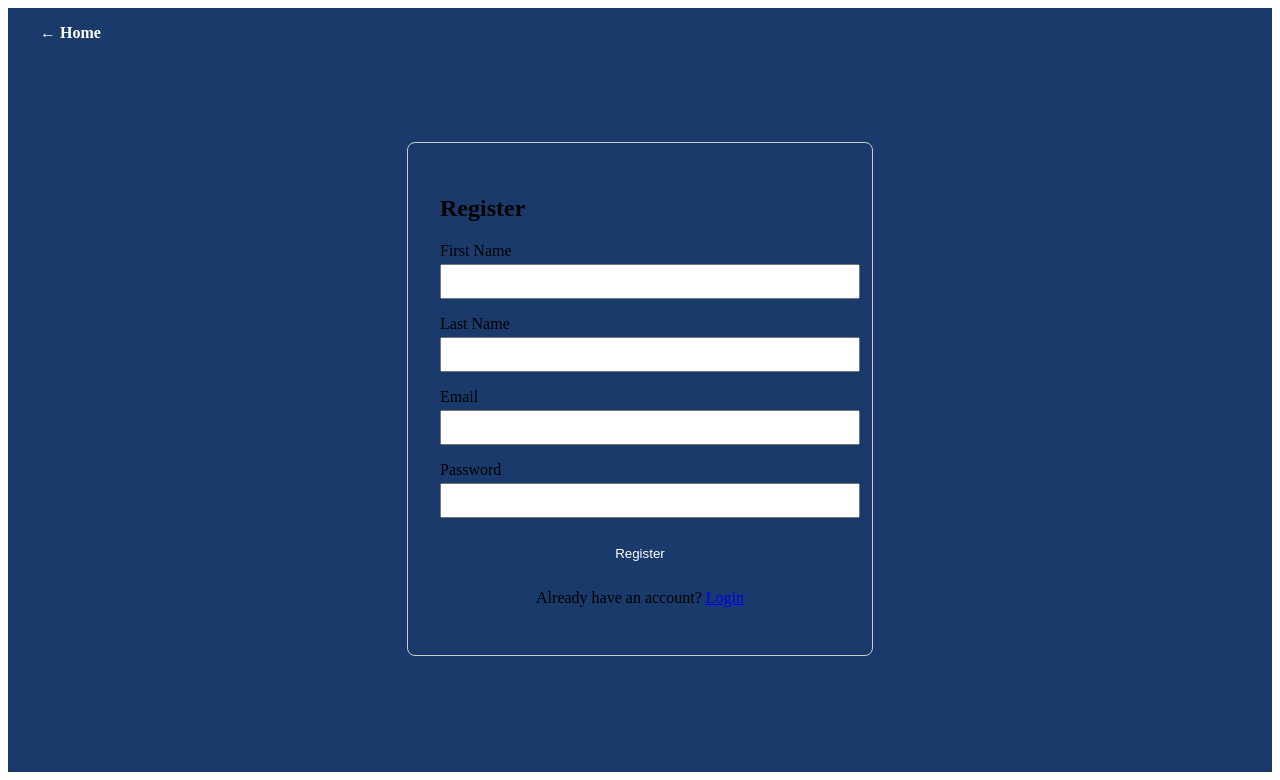
Repository: Bogo02/PhysioApp
Page: /register (app in physioapp-frontend/)
The author's editor kept a copy of each file at every save. The page is drawn from the files as they stood at one save, then again after the next save.
The browser window is 1280 px wide. The pictures show the whole page.
The project was rebuilt for these pictures with package versions that can differ from the ones it lists, and the page was loaded fresh each time. Also part of the build but not shown: physioapp-frontend/vite.config.js, physioapp-frontend/src/index.css, physioapp-frontend/src/pages/Home.jsx, physioapp-frontend/src/pages/Login.jsx, physioapp-frontend/src/pages/Dashboard.jsx, physioapp-frontend/src/pages/Appointments.jsx, physioapp-frontend/src/pages/BookAppointment.jsx, physioapp-frontend/src/pages/Profile.jsx and 3 more.

Above is the page before, as saved 2026-06-04 02:43:37.

### physioapp-frontend/index.html
<!doctype html>
<html lang="en">
  <head>
    <meta charset="UTF-8" />
    <link rel="icon" type="image/svg+xml" href="/favicon.svg" />
    <meta name="viewport" content="width=device-width, initial-scale=1.0" />
    <title>physioapp-frontend</title>
  </head>
  <body>
    <div id="root"></div>
    <script type="module" src="/src/main.jsx"></script>
  </body>
</html>

### physioapp-frontend/src/main.jsx
import { StrictMode } from 'react'
import { createRoot } from 'react-dom/client'
import './index.css'
import App from './App.jsx'

createRoot(document.getElementById('root')).render(
  <StrictMode>
    <App />
  </StrictMode>
)

### physioapp-frontend/src/App.jsx
import { BrowserRouter, Routes, Route } from 'react-router-dom'
import Home from './pages/Home'
import Login from './pages/Login'
import Register from './pages/Register'
import Dashboard from './pages/Dashboard'
import Appointments from './pages/Appointments'
import BookAppointment from './pages/BookAppointment'
import Profile from './pages/Profile'
import Services from './pages/Services'
import TherapistDashboard from './pages/TherapistDashboard'
import AdminPanel from './pages/AdminPanel'

function App() {
  return (
    <BrowserRouter>
      <Routes>
        <Route path="/" element={<Home />} />
        <Route path="/login" element={<Login />} />
        <Route path="/register" element={<Register />} />
        <Route path="/dashboard" element={<Dashboard />} />
        <Route path="/appointments" element={<Appointments />} />
        <Route path="/appointments/book" element={<BookAppointment />} />
        <Route path="/profile" element={<Profile />} />
        <Route path="/services" element={<Services />} />
        <Route path="/therapist" element={<TherapistDashboard/>} />
        <Route path="/admin" element={<AdminPanel/>} />

      </Routes>
    </BrowserRouter>
  )
}

export default App

### physioapp-frontend/src/pages/Register.jsx
import { useState } from 'react'
import axios from 'axios'
import { useNavigate } from 'react-router-dom'

function Register() {
    const [firstName,setFirstName] = useState('')
    const [lastName,setLastName] = useState('')
    const [email, setEmail] = useState('')
    const [password, setPassword] = useState('')
    const [error, setError] = useState('')
    const navigate = useNavigate()

    const handleRegister = async (e) => {
        e.preventDefault()
        try{
            const response = await axios.post('http://localhost:8080/api/auth/register',{
                firstName,
                lastName,
                email,
                password
            })
        localStorage.setItem('token',response.data.token)
        localStorage.setItem('role',response.data.role)
        navigate('/dashboard')
        } catch (err) {
            setError('Registration failed. Email may already be in use.')
        }
    }

    return (
        <div style={{ padding: '1rem 2rem', background: '#1a3a6b' }}>
        <a href="/" style={{ color: 'white', textDecoration: 'none', fontWeight: 'bold' }}>← Home</a>
        <div style = {{maxWidth: '400px',margin: '100px auto',padding:'2rem',border:'1px solid #ccc', borderRadius: '8px'}}>
            <h2>Register</h2>
            {error && <p style={{ color: 'red'}}>{error}</p>}
            <form onSubmit={handleRegister}>
            <div style={{marginBottom: '1rem'}}>
            <label>First Name</label>
            <input
                type="text"
                value={firstName}
                onChange={(e) => setFirstName(e.target.value)}
                style={{display: 'block',width: '100%', padding: '0.5rem',marginTop: '0.25rem'}}
                />
            </div>
            <div style={{marginBottom: '1rem'}}>
                <label>Last Name</label>
            <input
                type = "text"
                value = {lastName}
                onChange ={(e) => setLastName(e.target.value)}
                style={{display :'block', width: '100%', padding:'0.5rem',marginTop: '0.25rem'}}
                />
            </div>
            <div style={{ marginBottom: '1rem' }}>
            <label>Email</label>
                <input
                type="email"
                value={email}
                onChange={(e) => setEmail(e.target.value)}
                style={{ display: 'block', width: '100%', padding: '0.5rem', marginTop: '0.25rem' }}
            />
            </div>
            <div style={{marginBottom: '1rem'}}>
                <label>Password</label>
                <input
                type="password"
                value={password}
                onChange={(e)=> setPassword(e.target.value)}
                style={{display:'block',width:'100%',padding: '0.5rem', marginTop: '0.25rem' }}
                />
            </div>
            <button type="submit" style={{width:'100%', padding: '0.75rem', background: '#1a3a6b',color:'white',border: 'none', borderRadius: '4px',cursor: 'pointer'}}>
                Register
            </button>
            </form>
            <p style={{marginTop: '1rem',textAlign:'center'}}>
            Already have an account? <a href="/login">Login</a>
            </p>
            </div>
            </div>
    )
}

export default Register

After the next save:
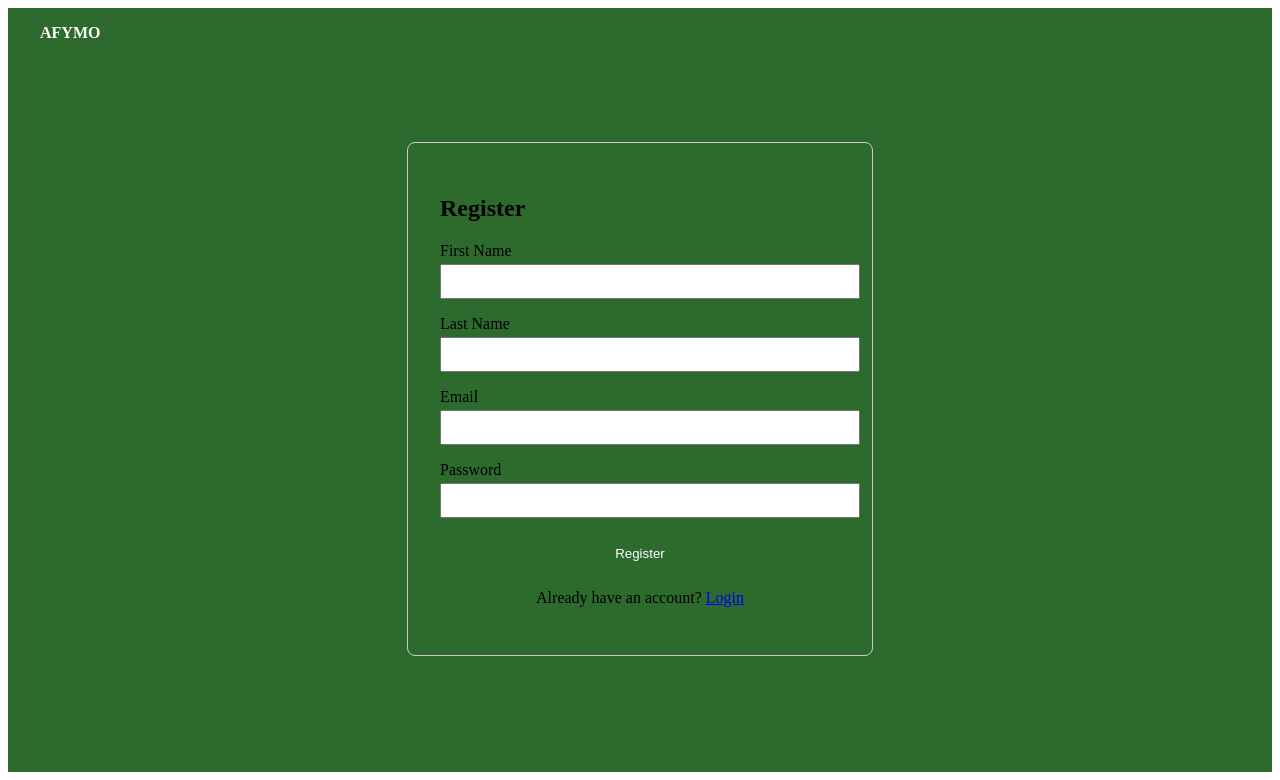
Saved 10 s later.
--- a/physioapp-frontend/src/pages/Register.jsx
+++ b/physioapp-frontend/src/pages/Register.jsx
@@ -21,15 +21,15 @@ function Register() {
             })
         localStorage.setItem('token',response.data.token)
         localStorage.setItem('role',response.data.role)
-        navigate('/dashboard')
+        navigate('/')
         } catch (err) {
             setError('Registration failed. Email may already be in use.')
         }
     }
 
     return (
-        <div style={{ padding: '1rem 2rem', background: '#1a3a6b' }}>
-        <a href="/" style={{ color: 'white', textDecoration: 'none', fontWeight: 'bold' }}>← Home</a>
+        <div style={{ padding: '1rem 2rem', background: '#2d6a2d' }}>
+        <a href="/" style={{ color: 'white', textDecoration: 'none', fontWeight: 'bold' }}>AFYMO</a>
         <div style = {{maxWidth: '400px',margin: '100px auto',padding:'2rem',border:'1px solid #ccc', borderRadius: '8px'}}>
             <h2>Register</h2>
             {error && <p style={{ color: 'red'}}>{error}</p>}
@@ -70,7 +70,7 @@ function Register() {
                 style={{display:'block',width:'100%',padding: '0.5rem', marginTop: '0.25rem' }}
                 />
             </div>
-            <button type="submit" style={{width:'100%', padding: '0.75rem', background: '#1a3a6b',color:'white',border: 'none', borderRadius: '4px',cursor: 'pointer'}}>
+            <button type="submit" style={{width:'100%', padding: '0.75rem', background: '#2d6a2d',color:'white',border: 'none', borderRadius: '4px',cursor: 'pointer'}}>
                 Register
             </button>
             </form>
